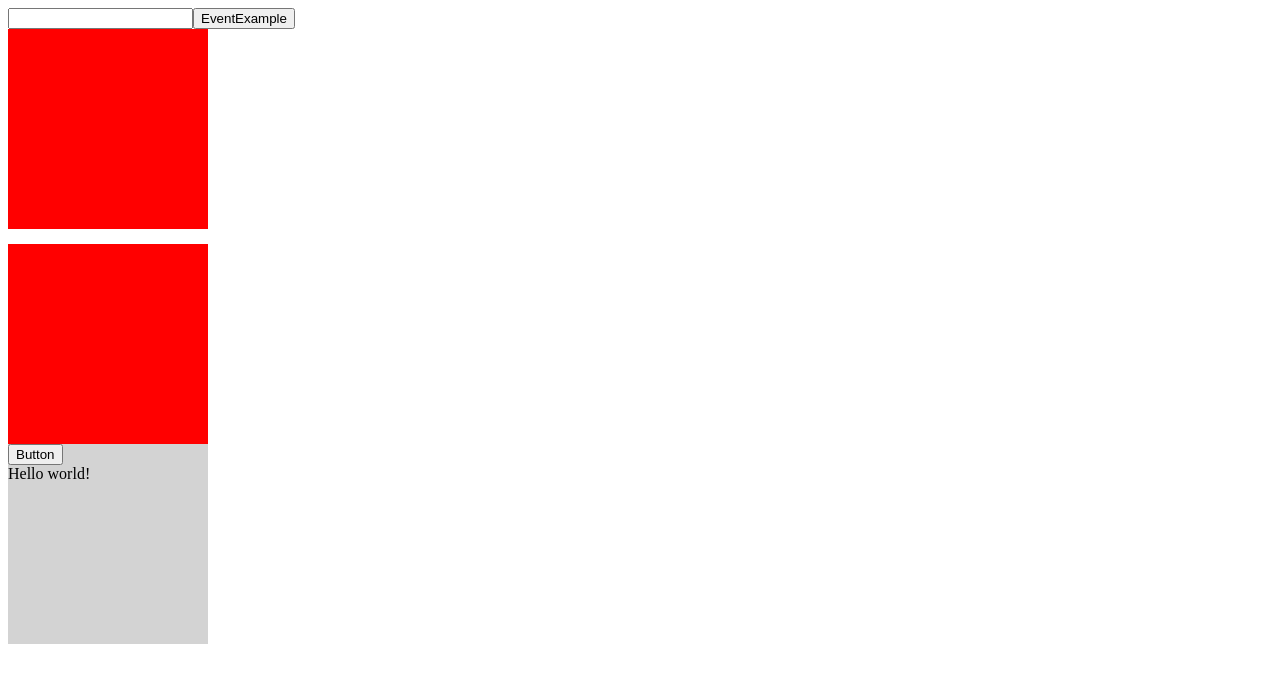
Repository: ezotop/react_ts_props-hook-router-event-req
Page: /
These files come from the project's save history. The page is drawn as it stood at one moment and after the next save; the edit follows.
The browser window is 1280 px wide. The pictures show the whole page.
The page's requests for data from a server got no answer. The project was rebuilt for these pictures with package versions that can differ from the ones it lists, and the page was loaded fresh each time. No one was signed in, and anything a server would have sent is missing. Also part of the build but not shown: src/component/TodoItem.tsx, src/component/UserItem.tsx.

Above is the page before, as saved 2021-04-28 23:08:41.

### src/App.tsx
import axios from 'axios';
import React, { useEffect, useState } from 'react';
import Card, { CardVariant } from './component/Card';
import EventsExample from './component/EventsExample';
import List from './component/List';
import TodoItem from './component/TodoItem';
import UserItem from './component/UserItem';
import UserList from './component/UserList';
import { ITodo, IUser } from './types/types';

const App = () => {
    const [users, setUsers] = useState<IUser[]>([]);
    const [todos, setTodos] = useState<ITodo[]>([]);

    useEffect(() => {
        fetchUsers()
        fetchTodos()
    }, []);

    async function fetchUsers() {
        try {
            const response = await axios.get<IUser[]>('https://jsonplaceholder.typicode.com/users')
            setUsers(response.data)
        } catch (error) {
            alert(error)
        }
    }

    async function fetchTodos() {
        try {
            const response = await axios.get<ITodo[]>('http://jsonplaceholder.typicode.com/todos?_limit=10')
            setTodos(response.data)
        } catch (error) {
            alert(error)
        }
    }


    return (
        <div>
            <EventsExample/>
            <Card
                onClick={(num) => console.log('Click', num)}
                variant={CardVariant.primary}
                width={'200px'}
                height={'200px'}
                >
                    <button>Button</button>
                    <div>Hello world!</div>
            </Card>
            {/* <UserList users={users} /> */}
            <List items={users} renderItem={(user: IUser) => <UserItem user={user} key={user.id} />} />
            <List items={todos} renderItem={(todo: ITodo) => <TodoItem todo={todo} key={todo.id} />} />
        </div>
    );
};

export default App;

### src/component/Card.tsx
import React, { useState } from 'react';

export enum CardVariant {
    outlined = 'outlined',
    primary = 'primary'
}

interface CardProps {
    width?: string // ? - если хотим сделать не обязательным
    height?: string
    children?: React.ReactChild | React.ReactNode
    variant: CardVariant
    onClick: (num: number) => void
}

const Card: React.FC<CardProps> = ({width, height, variant, children, onClick}) => {

    const [state, setState] = useState(0);

    return (
        <div style={{width, height,
            border: variant === CardVariant.outlined ? '1px solid lightgray' : 'none',
            background: variant === CardVariant.primary ? 'lightgray' : ''
            }}
            onClick={() => onClick(state)}
            >
                {children}
        </div>
    );
};

export default Card;

### src/component/EventsExample.tsx
import React, { FC, useState } from 'react';

const EventsExample: FC = () => {
    const [value, setValue] = useState<string>('');
    const [isDrag, setIsDrag] = useState<boolean>(false);

    const changeHandler = (e: React.ChangeEvent<HTMLInputElement>) => {
        setValue(e.target.value);
    };
    const clickHandler = (e: React.MouseEvent<HTMLButtonElement>) => {
        if (value !== '') {
            console.log(value);
            setValue('');
        }
    };
    const dragHandler = (e: React.DragEvent<HTMLDivElement>) => { // onDrag - Начали тянуть блок
        e.preventDefault();
        console.log('DRAG');

    };
    const dragWithPreventHandler = (e: React.DragEvent<HTMLDivElement>) => { // onDragOver - Когда находимся внутри блока
        e.preventDefault();
        setIsDrag(true);
    };
    const leaveHandler = (e: React.DragEvent<HTMLDivElement>) => { // Когда вышли за пределы этого квадрата
        e.preventDefault();
        setIsDrag(false);
    };
    const dropHandler = (e: React.DragEvent<HTMLDivElement>) => {
        e.preventDefault();
        setIsDrag(false);
        console.log('DROP');
    };

    return (
        <div>
            <input type='text' value={value} onChange={changeHandler} />
            <button onClick={clickHandler}>EventExample</button>
            <div onDrag={dragHandler} draggable style={{width: 200, height: 200, backgroundColor: 'red'}}></div>
            <div
                onDrop={dropHandler}
                onDragLeave={leaveHandler}
                onDragOver={dragWithPreventHandler}
                style={{
                    width: 200, height: 200, backgroundColor: isDrag ? 'blue' : 'red', marginTop: '15px'
            }}></div>
        </div>
    );
};

export default EventsExample;

### src/component/List.tsx
import React, { FC } from 'react';

interface ListProps<T> {
    items: T[]
    renderItem: (item: T) => React.ReactNode // Компонент, который необходимо отрисовать (UserItem например)
}

export default function List<T>({items, renderItem}: ListProps<T>) {
    return (
        <div>
            {
                items.map(renderItem)
            }
        </div>
    );
};

Loaded but not shown: public/index.html (common file); src/index.tsx (common file)

After the next save:
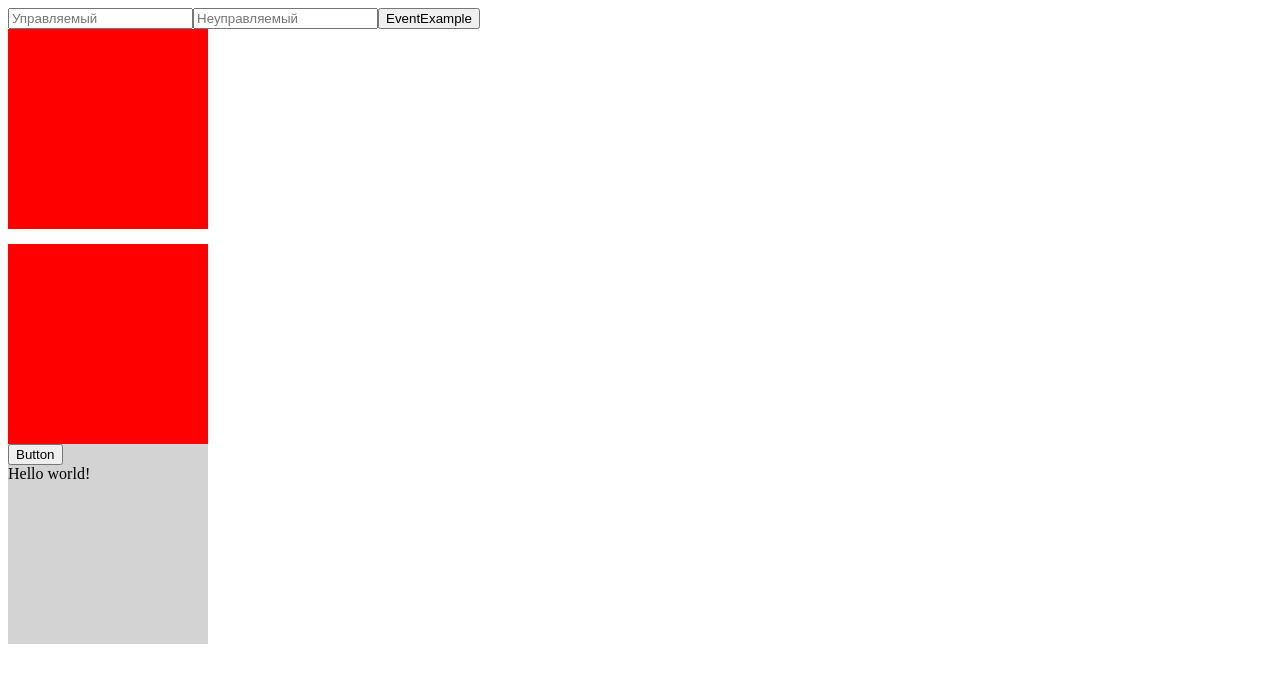
Saved 4 min 55 s later.
--- a/src/component/EventsExample.tsx
+++ b/src/component/EventsExample.tsx
@@ -1,17 +1,20 @@
-import React, { FC, useState } from 'react';
+import React, { FC, useRef, useState } from 'react';
 
 const EventsExample: FC = () => {
     const [value, setValue] = useState<string>('');
     const [isDrag, setIsDrag] = useState<boolean>(false);
+    const inputRef = useRef<HTMLInputElement>(null); // Неуправляемый input
 
     const changeHandler = (e: React.ChangeEvent<HTMLInputElement>) => {
         setValue(e.target.value);
     };
     const clickHandler = (e: React.MouseEvent<HTMLButtonElement>) => {
-        if (value !== '') {
-            console.log(value);
-            setValue('');
-        }
+        // if (value !== '') { // Управляемый
+        //     console.log(value);
+        //     setValue('');
+        // }
+        console.log(inputRef.current?.value);
+
     };
     const dragHandler = (e: React.DragEvent<HTMLDivElement>) => { // onDrag - Начали тянуть блок
         e.preventDefault();
@@ -34,7 +37,8 @@ const EventsExample: FC = () => {
 
     return (
         <div>
-            <input type='text' value={value} onChange={changeHandler} />
+            <input  value={value} onChange={changeHandler} placeholder='Управляемый' type='text' />
+            <input ref={inputRef} placeholder='Неуправляемый' type='text' />
             <button onClick={clickHandler}>EventExample</button>
             <div onDrag={dragHandler} draggable style={{width: 200, height: 200, backgroundColor: 'red'}}></div>
             <div
